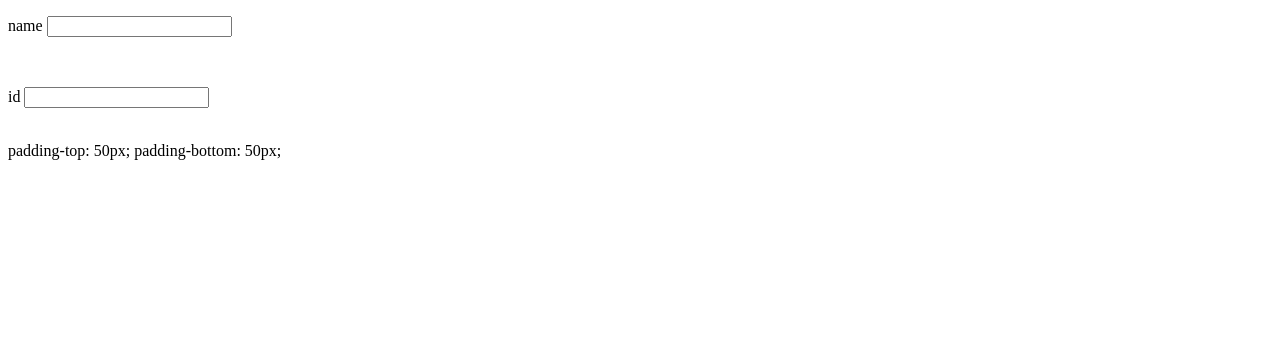
Repository: yousuke-taniuti/curriculun
Page: http://localhost/_Check3/
An editor plug-in stored every save of this project. The page is shown before and after the next save, followed by the edit.
The browser window is 1280 px wide. The pictures show the whole page.
The page is served by Tomcat 9.

Above is the page before, as saved 2022-05-09 17:57:11.

### JavaStudy/ Check3/WebContent/jspTest.jsp
<%@ page language="java" contentType="text/html; charset=UTF-8"
    pageEncoding="UTF-8"%>
<!DOCTYPE html PUBLIC "-//W3C//DTD HTML 4.01 Transitional//EN" "http://www.w3.org/TR/html4/loose.dtd">
<html>
<head>
<meta http-equiv="Content-Type" content="text/html; charset=UTF-8">
<title>Insert title here</title>
</head>
<body>

<!-- name、idの入力エリアを作成しなさい -->
<form action="#" method="post">
	<p>name
	<input type="text" name="name"></p><br>
	<p>id
	<input type="text" name="password"></p><br>

</form>
<div>
padding-top: 50px;
padding-bottom: 50px;
</div>

</body>
</html>

### JavaStudy/ Check3/WebContent/header.jsp
<%@ page language="java" contentType="text/html; charset=UTF-8"
    pageEncoding="UTF-8"%>
<!DOCTYPE html PUBLIC "-//W3C//DTD HTML 4.01 Transitional//EN" "http://www.w3.org/TR/html4/loose.dtd">
<html>
<head>
<meta http-equiv="Content-Type" content="text/html; charset=UTF-8">
<title>Insert title here</title>
</head>
<body>
<mark>
################# ヘッダー開始 #################<br />
<mark>ここはヘッダーです。</mark><br />
################# ヘッダー終了 ###################<br />
</mark>
<header>
 <div>background-color: gray;</div>
 <label>
 display: inline-block;
padding: 10px;
color: white;
 </label>
 <label>
 padding: 10px;
font-size: 10px;

 </label>
</header>

<!-- </body>
</html> -->

### JavaStudy/ Check3/WebContent/footer.jsp
<%@ page language="java" contentType="text/html; charset=UTF-8"
    pageEncoding="UTF-8"%>
    <%@ page import="java.util.Calendar"%>
<%@ page import="java.text.SimpleDateFormat"%>
<!DOCTYPE html PUBLIC "-//W3C//DTD HTML 4.01 Transitional//EN" "http://www.w3.org/TR/html4/loose.dtd">
<html>
<head>
<meta http-equiv="Content-Type" content="text/html; charset=UTF-8">
<title>Insert title here</title>
</head>
<body>
<%
		Calendar calendar = Calendar.getInstance();
		SimpleDateFormat sdf = new SimpleDateFormat("yyyy/MM/dd");
		String today = sdf.format(calendar.getTime());
	%>
<!-- フッターを作成 -->
<footer>

</footer>
<div> background-color: gray;</div>
<label>
display: inline-block;
padding: 10px;
color: white;
</label>
</body>
</html>

After the next save:
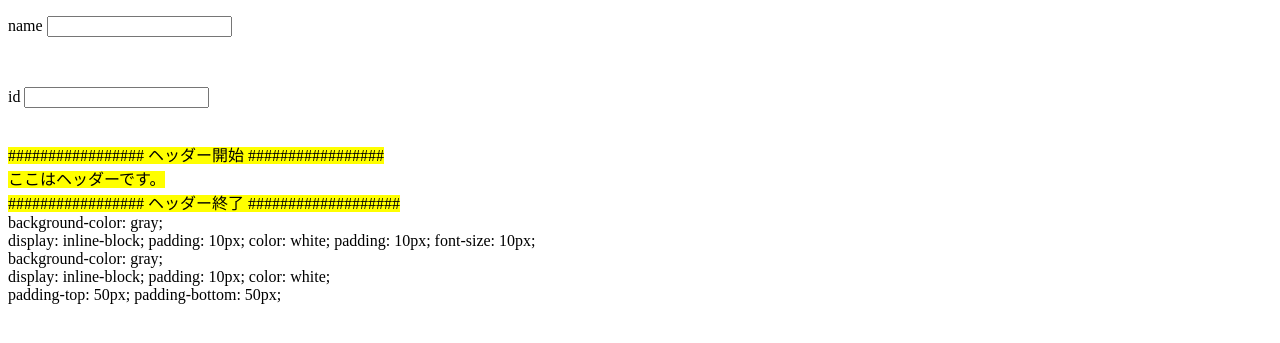
Saved 2 s later.
--- a/JavaStudy/ Check3/WebContent/jspTest.jsp
+++ b/JavaStudy/ Check3/WebContent/jspTest.jsp
@@ -16,6 +16,8 @@
 	<input type="text" name="password"></p><br>
 
 </form>
+<%@ include file="header.jsp" %>
+<jsp:include page="footer.jsp"/>
 <div>
 padding-top: 50px;
 padding-bottom: 50px;
